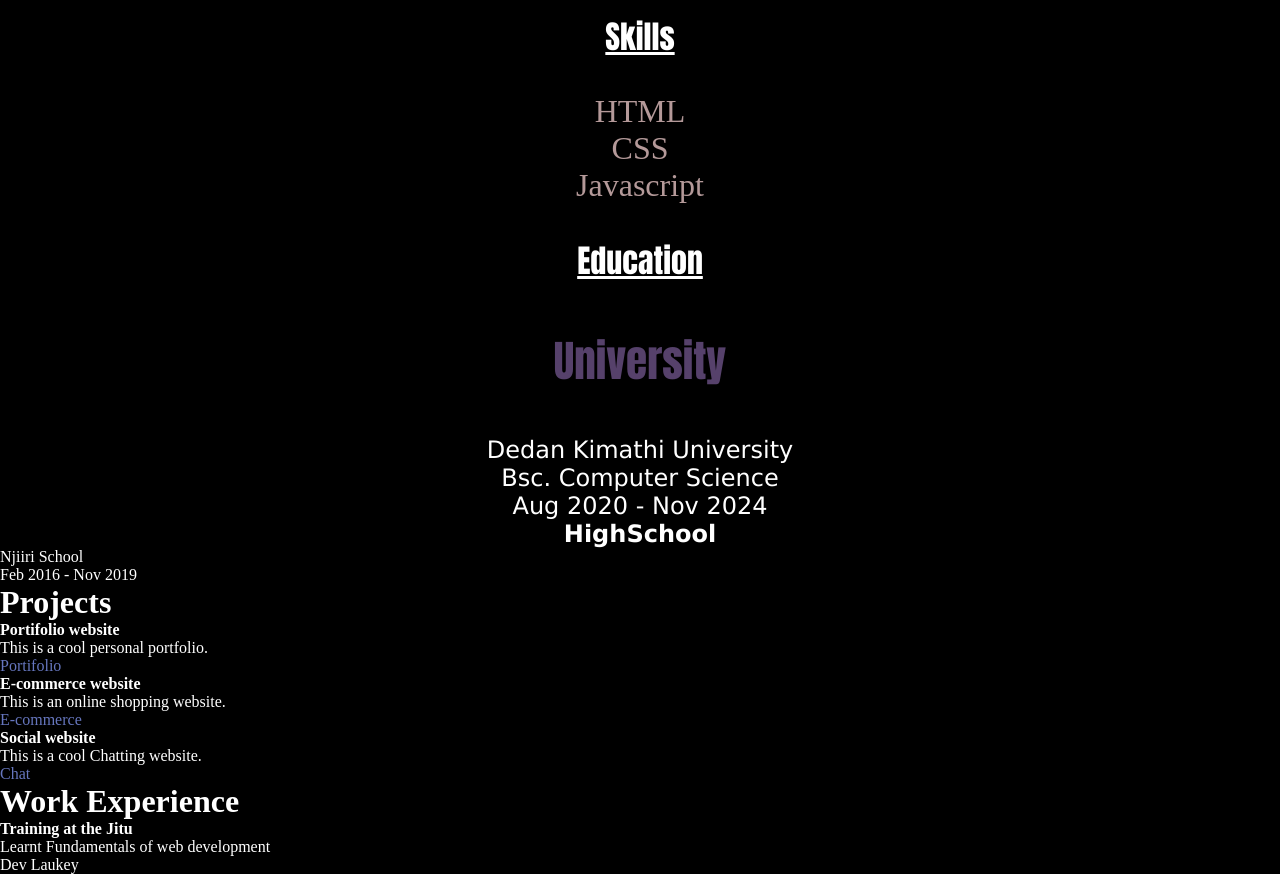
Repository: LaukeyMwaura/Jitu-Day-2
Page: index.html
The author's editor kept a copy of each file at every save. The page is drawn from the files as they stood at one save, then again after the next save.
The browser window is 1280 px wide. The pictures show the part of the page from y = 640 to 1539 px (the page is 1514 px tall before and 1539 px after).
A picture or video elsewhere on the page could not be fetched, so the positions and the page height are approximate.

Above is the page before, as saved 2022-05-12 00:36:21.

After the next save:
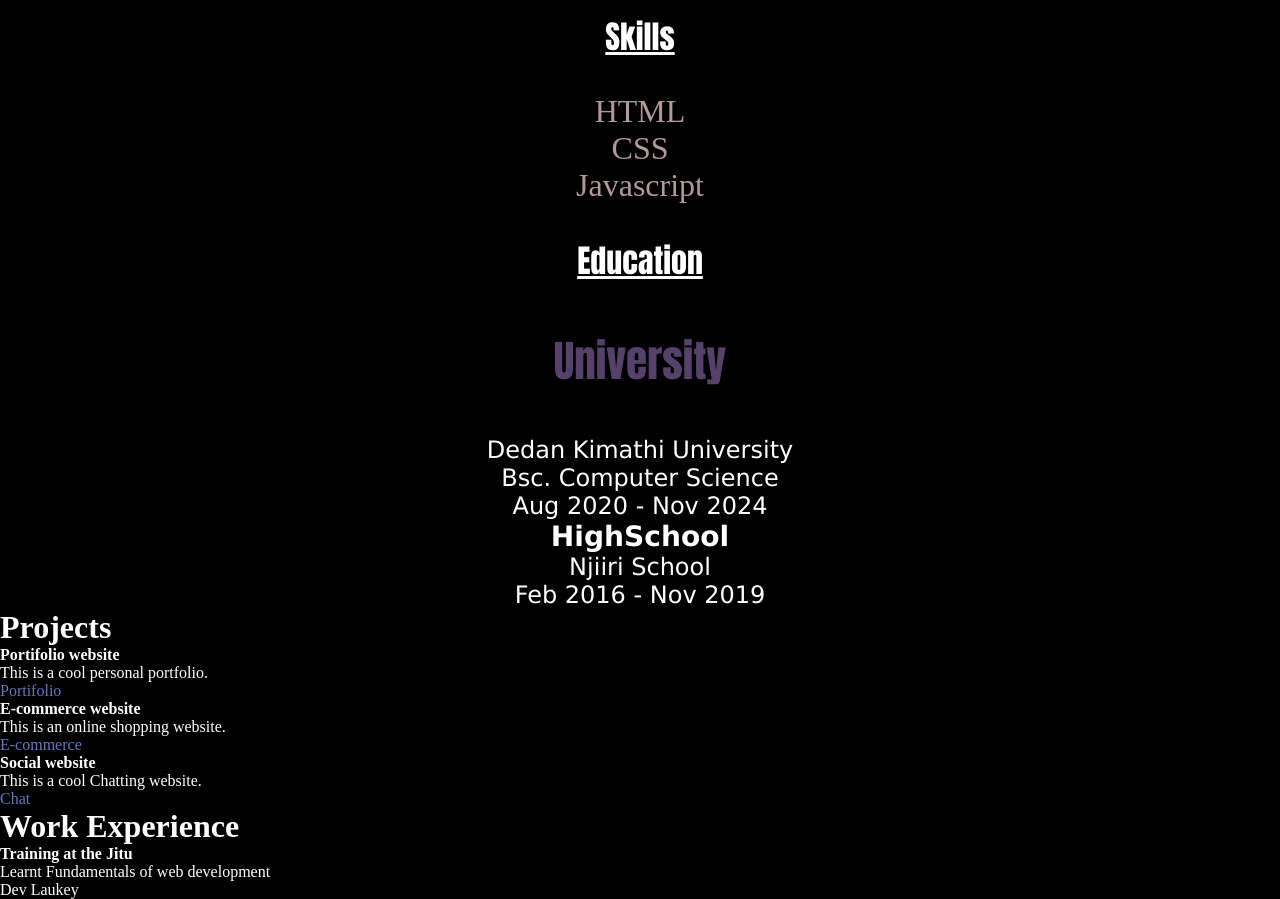
Saved 15 s later.
--- a/index.html
+++ b/index.html
@@ -64,8 +64,8 @@
         <p>Bsc. Computer Science</p>
         <p>Aug 2020 - Nov 2024</p>
       </div>
-      <div>
-        <h3 class="text">HighSchool</h3>
+      <div class="text">
+        <h3 >HighSchool</h3>
         <p>Njiiri School</p>
         <p>Feb 2016 - Nov 2019</p>
       </div>
